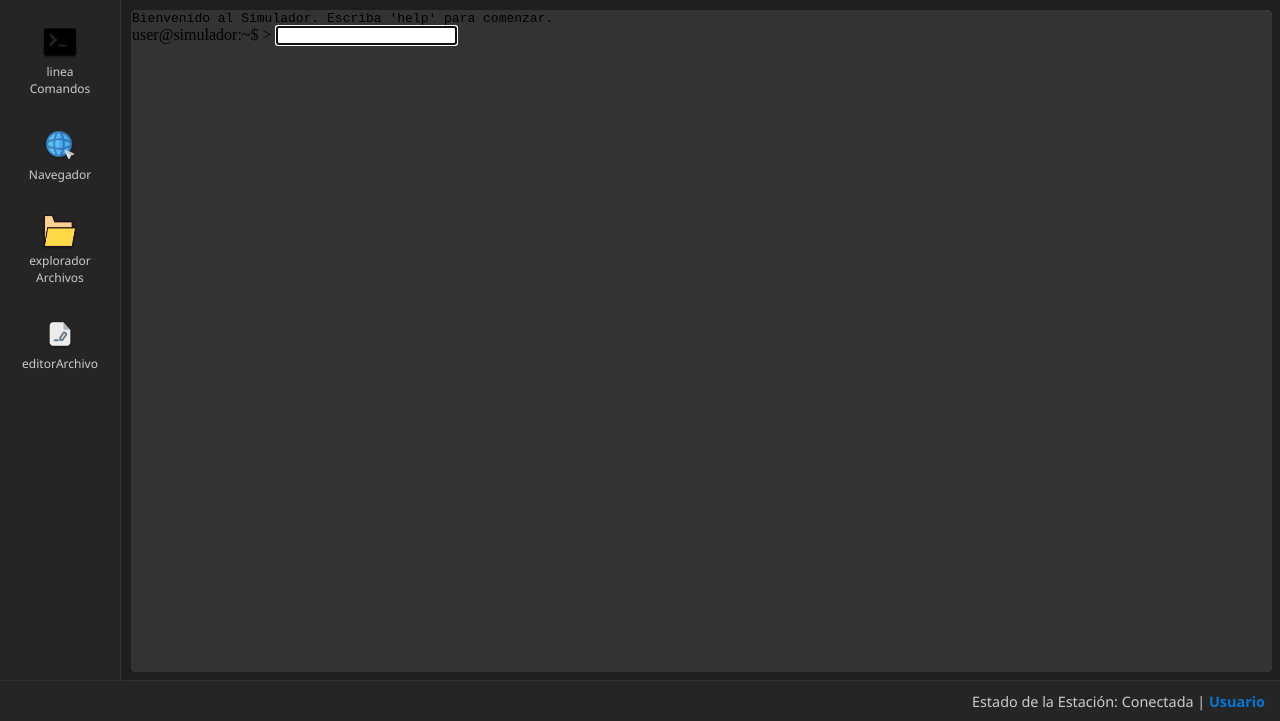
Repository: ValdezGalia/ProgramacionWebUcab
Page: lan-01.html
These files come from the project's save history. The page is drawn as it stood at one moment and after a run of saves; the edit follows.
The browser window is 1280 px wide. The pictures show the whole page.

Above is the page before, as saved 2025-11-13 16:55:57.
Console error: TypeError: Cannot read properties of null (reading 'addEventListener')

### lan-01.html
<!DOCTYPE html>
<html lang="es">

<head>
    <meta charset="UTF-8">
    <meta name="viewport" content="width=device-width, initial-scale=1.0">
    <meta name="author" content="Orlando Valdez / Jenry Youssef / Oscar Torres">
    <link rel="stylesheet" href="/style/lan-01.css">
    <title>NetOps Workstation: Estación de Trabajo</title>
</head>

<body>
    <main id="workstation-container">

        <nav id="app-navigation" aria-label="Aplicaciones de la estación de trabajo">
            <ul id="app-list">
                <li><a href="#" data-tool="lineaComandos"><img src="assets/img/terminal.png" class="app-icon" alt="lineaComandos">linea Comandos</a></li>
                <li><a href="#" data-tool="navegador"><img src="assets/img/navweb.png" class="app-icon" alt="Navegador">Navegador</a></li>
                <li><a href="#" data-tool="exploradorArchivos"><img src="assets/img/exploarch.png" class="app-icon" alt="exploradorArchivos">explorador Archivos</a></li>
                <li><a href="#" data-tool="editorArchivo"><img src="assets/img/editArchivo.png" class="app-icon" alt="editorArchivo">editorArchivo</a></li>
            </ul>
        </nav>

        <hr>
        <!-- Contenedor de herramientas de forma dinamica y sostenible -->
        <section id="application-display">
            <iframe id="tool-iframe" src="pages/lineaComandos.html" sandbox="allow-scripts allow-same-origin"
                title="Aplicación interactiva" width="99.5%" height="700px"></iframe>
        </section>

    </main>

    <footer aria-label="Estado y Diagnóstico">
        <p>Estado de la Estación: Conectada | <span class="user">Usuario</span></p>
    </footer>

    <script>
        document.addEventListener('DOMContentLoaded', () => {
            const iframe = document.getElementById('tool-iframe');
            const navLinks = document.querySelectorAll('#app-list a');

            navLinks.forEach(link => {
                link.addEventListener('click', (event) => {
                    debugger
                    event.preventDefault();

                    const toolName = event.target.dataset.tool;
                    const newSrc = `pages/${toolName}.html`;

                    iframe.src = newSrc;

                    /*Esto aun no hace nada ya que aun no se implementa la logica que distige la clase active*/
                    navLinks.forEach(navLink => navLink.classList.remove('active'));
                    event.target.classList.add('active');
                });
            });
        });
    </script>

</body>

</html>

### style/lan-01.css

/* Colores de la interfaz: Estilo Oscuro */
:root {
    --bg-primary: #1e1e1e; /* Fondo principal (Oscuro) */
    --bg-secondary: #252526; /* Fondo de contenedores/paneles */
    --color-text: #cccccc; /* Texto principal */
    --color-accent: #0078d4; /* Azul de acento (como Windows) */
    --border-color: #333333; /* Color de borde y separadores */
}

/* Base Global */
html, body {
    height: 100%;
    margin: 0;
    padding: 0;
    font-family: 'Segoe UI', Tahoma, Geneva, Verdana, sans-serif; /* Fuente tipo Windows */
    background-color: var(--bg-primary);
    color: var(--color-text);
}

/* Contenedor Principal (Simula el Escritorio) */
#workstation-container {
    display: flex;
    flex-direction: row; /* Navegación a la izquierda, área de trabajo a la derecha */
    height: calc(100vh - 40px); /* 100% del alto menos el footer */
}

/* 1. Navegación (Barra de Aplicaciones Lateral) */
#app-navigation {
    width: 120px; /* Ancho fijo para la barra de iconos */
    background-color: var(--bg-secondary);
    padding: 10px 0;
    border-right: 1px solid var(--border-color);
    box-shadow: 2px 0 5px rgba(0, 0, 0, 0.2);
}

#app-list {
    display: flex;
    flex-direction: column; /* Iconos apilados verticalmente */
    list-style: none;
    margin: 0;
    padding: 0;
}

#app-list li {
    margin: 5px 0;
}

/* Estilo del Ícono/Botón de Aplicación */
#app-list a {
    /* Tu configuración de flexbox para el ícono y texto */
    display: flex;
    flex-direction: column;
    justify-content: center;
    align-items: center;
    text-decoration: none;

    color: var(--color-text);
    background-color: transparent; /* Fondo transparente por defecto */
    padding: 10px 5px;
    margin: 0 auto;
    width: 90px;
    border: 1px solid transparent; /* Borde transparente por defecto */
    border-radius: 4px;
    transition: background-color 0.2s, border-color 0.2s;
}

/* Estilos de la Imagen (Icono) */
.app-icon {
    width: 32px; /* Iconos más pequeños y limpios */
    height: 32px;
    margin-bottom: 5px;
    filter: drop-shadow(0 1px 1px rgba(0, 0, 0, 0.5)); /* Sombra sutil en el icono */
}

/* Estilos del Texto (Etiqueta) */
#app-list a {
    font-size: 0.75em; /* Etiqueta pequeña */
    font-weight: 400;
    text-align: center;
    color: var(--color-text);
}

/* Interacción: Hover (Efecto de selección) */
#app-list a:hover {
    background-color: rgba(255, 255, 255, 0.1); /* Resaltado sutil */
    border-color: rgba(255, 255, 255, 0.2);
    cursor: pointer;
}

/* Estado Activo (La aplicación seleccionada) */
#app-list a.active {
    background-color: var(--color-accent); /* Resaltado con color de acento */
    border-color: var(--color-accent);
    color: white; /* Texto blanco para el activo */
    /* Asegúrate de que el span también cambie de color si fuera necesario */
}
#app-list a.active span {
    color: white;
}

/* 2. Área de Visualización (Pantalla de la Aplicación) */
#application-display {
    flex-grow: 1; /* Ocupa el espacio restante */
    padding: 10px;
    background-color: var(--bg-primary);
    overflow: hidden; /* Maneja el contenido del iframe */
}

#tool-iframe {
    /* Simula una ventana de aplicación */
    width: 100%;
    height: 100%;
    border: 1px solid var(--border-color);
    border-radius: 5px;
    background-color: white; /* El iframe puede tener un fondo más claro para contrastar */
}

/* Línea de separación (ya no es necesaria con el border-right, pero la mantenemos oculta) */
hr {
    display: none;
}

/* 3. Footer (Barra de Tareas/Estado) */
footer {
    height: 40px;
    display: flex;
    justify-content: flex-end; /* Alinear información a la derecha */
    align-items: center;
    background-color: var(--bg-secondary);
    border-top: 1px solid var(--border-color);
    padding: 0 15px;
    font-size: 0.9em;
}

.user {
    font-weight: bold;
    color: var(--color-accent); /* Resalta el nombre de usuario */
}

### pages/lineaComandos.html
<!DOCTYPE html>
<html lang="es">
<head>
    <meta charset="UTF-8">
    <meta name="viewport" content="width=device-width, initial-scale=1.0">
    <meta name="description" content="Un linea de comandos (CLI) basada en diseño de la de linux">
    <link rel="stylesheet" href="/style/commandline.css">
    <title>Linea de comandos</title>
</head>
<body>
    <div id="terminal-window">
        <pre id="terminal-output">Bienvenido al Simulador. Escriba 'help' para comenzar.</pre>

        <div id="command-line">
            <span id="prompt">user@simulador:~$ > </span>
            <input type="text" id="command-input" autofocus>
        </div>
    </div>

    <script src="../js/commandline.js"></script>
</body>
</html>

### style/commandline.css
* {
    margin: 0px;
    padding: 0px;
}

html, body{
    margin: 0;
    padding: 0;
    width: 100%;
    height: 100%;
    overflow: hidden;
    background-color: #333;
}

textarea{
    display: block;
    display: block;
    width: 100%;
    height: 100%;
    box-sizing: border-box;
    border: none;
    outline: none;
    resize: none;
    font-family: monospace;
    padding: 10px;
    background-color: #2036;
    color: white;
}

### js/commandline.js
const textarea = document.getElementById('cli');

textarea.addEventListener('keypress', ({keyCode}) => {
    if(keyCode === 13){
        const command = textarea.value;

        switch (command) {
            case 'ping':
                console.log("Hola mundo")

            break;

            default:
                break;
        }

    }
})

After the next 6 saves:
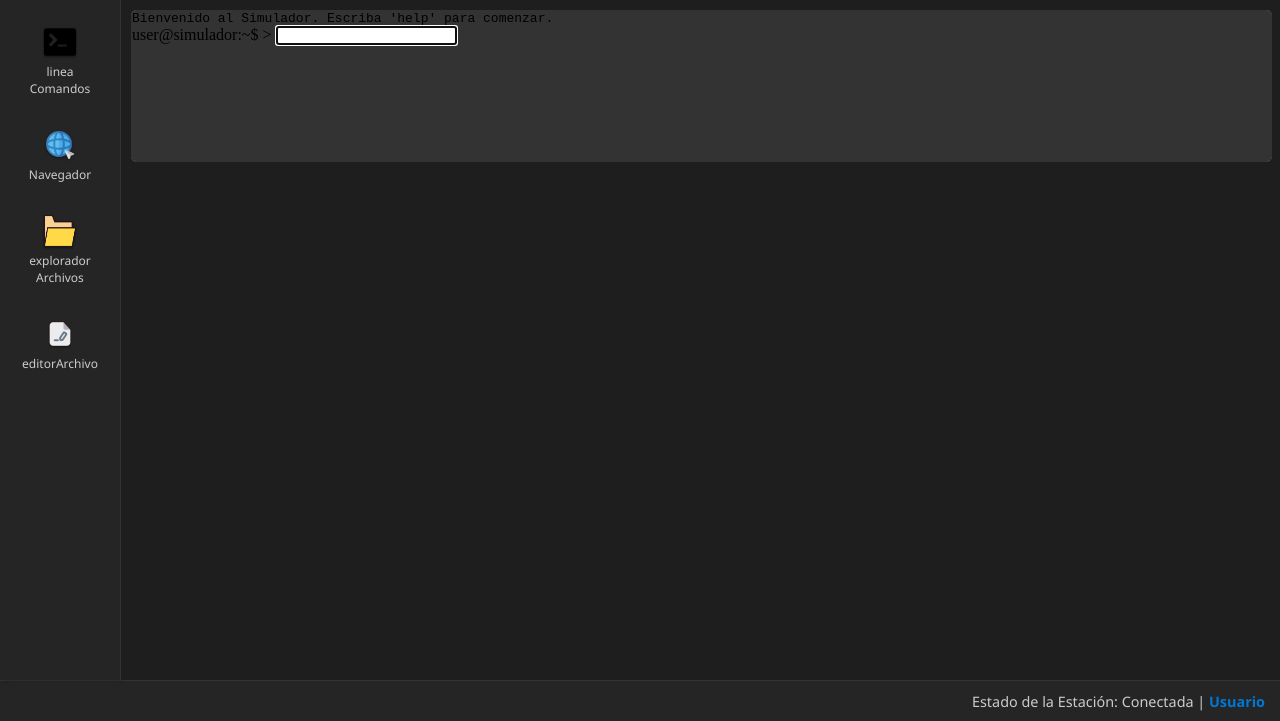
The 6 saves are shown as one change because they came seconds apart.
The last was saved 5 min 25 s later.
--- a/lan-01.html
+++ b/lan-01.html
@@ -24,8 +24,10 @@
         <hr>
         <!-- Contenedor de herramientas de forma dinamica y sostenible -->
         <section id="application-display">
-            <iframe id="tool-iframe" src="pages/lineaComandos.html" sandbox="allow-scripts allow-same-origin"
-                title="Aplicación interactiva" width="99.5%" height="700px"></iframe>
+            <div class="">
+                <iframe id="tool-iframe" src="pages/lineaComandos.html" sandbox="allow-scripts allow-same-origin"
+                    title="Aplicación interactiva" width="99.5%" height="700px"></iframe>
+            </div>
         </section>
 
     </main>
